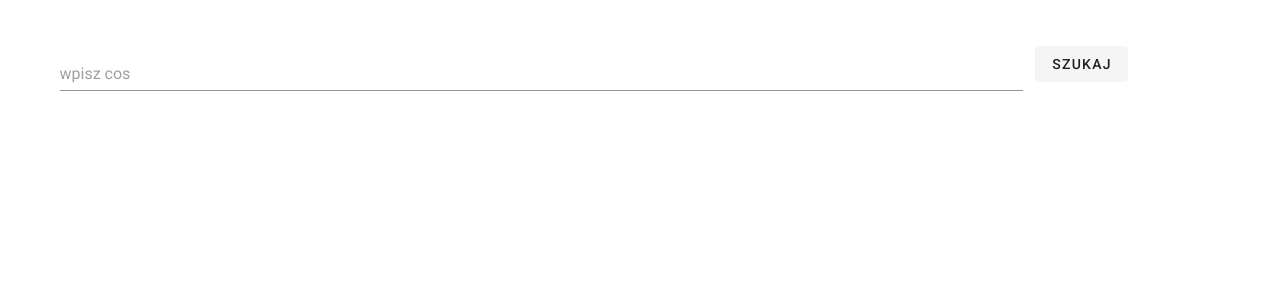
Repository: kq333/wyszukiwarka-filmow-seriali
Page: / (app in searchapp/)
An editor plug-in stored every save of this project. The page is shown before and after the next save, followed by the edit.
The browser window is 1280 px wide. The pictures show the whole page.
The project was rebuilt for these pictures with package versions that can differ from the ones it lists, and the page was loaded fresh each time. Also part of the build but not shown: searchapp/vue.config.js, searchapp/src/views/Home.vue.

Above is the page before, as saved 2021-02-17 23:35:13.

After the next save:
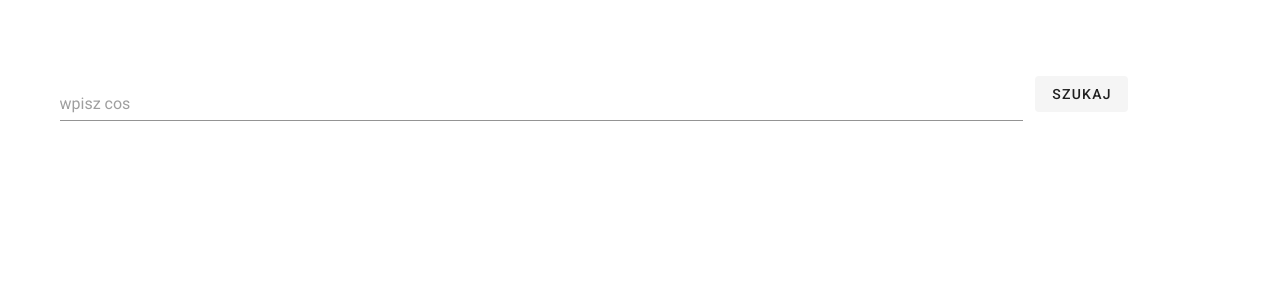
Saved 6 s later.
--- a/searchapp/src/components/HelloWorld.vue
+++ b/searchapp/src/components/HelloWorld.vue
@@ -132,6 +132,6 @@ this.input=''
 
 #demo{
 
-  margin-top:30px;
+  margin-top:60px;
 }
 </style>
